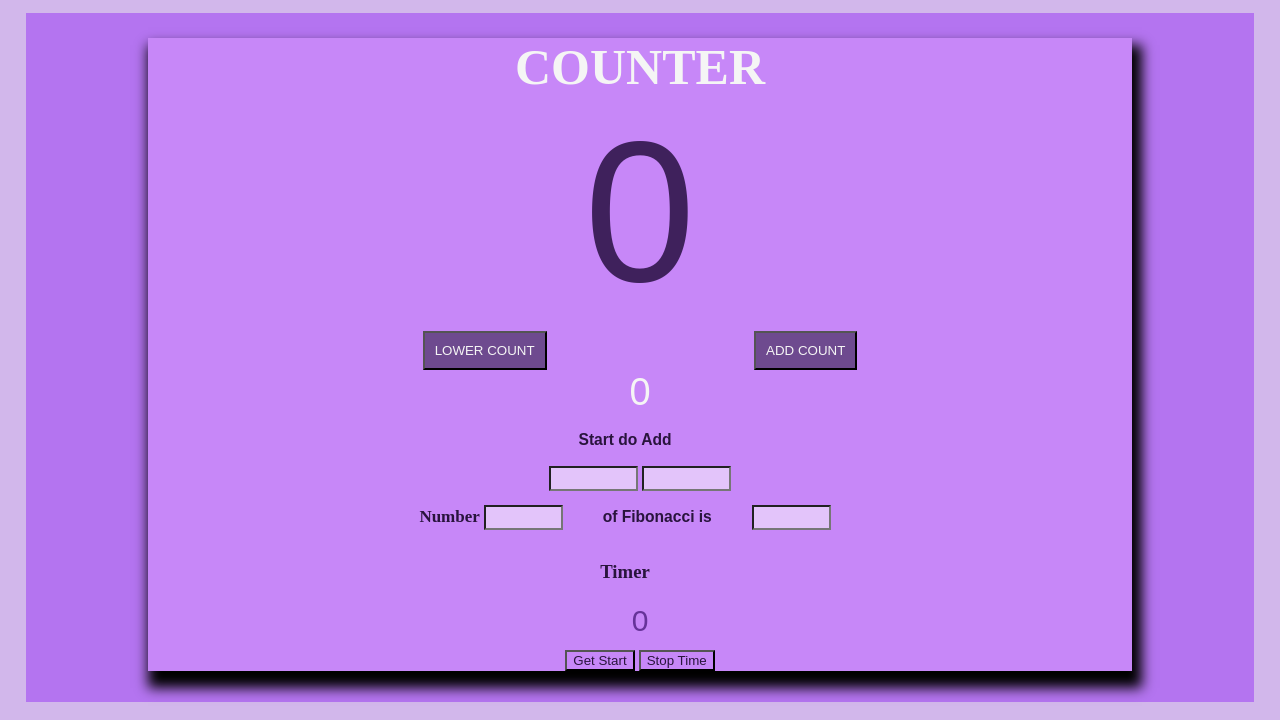
Repository: AnahitKhechumyan/Counter
Page: index.html
An editor plug-in stored every save of this project. The page is shown before and after the next save, followed by the edit.
The browser window is 1280 px wide. The pictures show the whole page.

Above is the page before, as saved 2022-02-19 02:51:04.

### index.html
<!DOCTYPE html>
<html lang="en">
<head>
    <meta charset="UTF-8">
    <meta http-equiv="X-UA-Compatible" content="IE=edge">
    <meta name="viewport" content="width=device-width, initial-scale=1.0">
    <link rel="stylesheet" href="style.css">
    <title>Counter</title>
</head>
<body>
    <div class="container">
       <div class="main">
            <div class="header">COUNTER</div>
            <button class= "counter">0</button>
            <div class = "change">
                 <button class ="decrement" type="button">LOWER COUNT</button>
                 <button class ="increment" type="button">ADD COUNT</button>
            </div>
            <button class= "sum">0</button> <br>
            <button class= "add" type="button"><h3>Start do Add</h3></button>
            <div >
                <input class ="firstInput" type="text" />
                <input class ="secondInput" type = "text"/>
           </div>
           <span>Number</span>
           <input class= "inputNumber" type="text" />
           <button class= "fibonacci" type="button"><h3>of Fibonacci is</h3></button>
           <input class= "inputFibonacci" type="text"/>

           <h3>Timer</h3>
           <button class= "timer">0</button>
            <div>
                <button class ="getTime">Get Start</button>
                <button class ="stopTime">Stop Time</button>
           </div>
        </div>
    </div>
    <script src= "script.js"></script>
</body>
</html>

### style.css
body{
    margin: 0;
    background-color: rgb(210, 183, 235);
}
.container{
    background-color: rgb(180, 116, 240);
    width: 96%;
    height: 94vh;
    margin-right:2%;
    margin-left:2%;
    margin-top:1%;
    padding-top: 1%;

}
.main{
    background-color: rgb(199, 135, 248);
    width: 80%;
    height: 88vh;
    margin: 1% 10%;
    box-shadow: 5px 12px 12px 5px;
    text-align: center;
}
.header{
    text-align: center;
    color:whitesmoke;
    font-size: 50px;
    font-weight: 700;
}

.counter{
    border:none;
    font-size:200px;
    color:rgb(63, 33, 92);
    background-color:rgb(199, 135, 248) ;

}
 .change{
     background-color:  rgb(199, 135, 248);
     font-size: 30px;
 }
.decrement{
    padding:10px;
    margin-right: 100px;
   background-color: rgb(110, 74, 143);
   color:whitesmoke;
}
.decrement:hover{
    background-color:whitesmoke;
    color:rgb(110, 74, 143);
    cursor:pointer;
}
.increment{
    padding:10px;
    margin-left: 100px;
    background-color: rgb(110, 74, 143);
    color:whitesmoke;
}
.increment:hover{
    background-color:whitesmoke;
    color:rgb(110, 74, 143);
    cursor:pointer;
}
.sum{
    border:none;
    background-color: rgb(199, 135, 248);
    color:whitesmoke;
    font-size: 38px;
}
.firstInput, .secondInput{
    width: 8%;
    padding:3px;
}
.fibonacci{
    background-color: rgb(199, 135, 248);
    border:none;
}
.inputNumber, .inputFibonacci{
    width: 7%;
    padding:3px;
    margin-right: 30px;
}
.inputNumber{
    margin-right: 30px;
}
input{
    background-color: rgb(227, 196, 250);
}

.main >span{
    font-size: 17px;
    font-weight: 700;
    color:rgb(41, 20, 61);
   }

.timer{
    padding:2px 3px;
    font-size: 30px;
   width: 5%;
   border:none;
   color:rebeccapurple;
   background-color:rgb(199, 135, 248);;
}

.getTime, .stopTime{
    margin-top:1%;
    background-color:rgb(199, 135, 248);
    color:rgb(41, 20, 61);
    cursor:pointer;
}
.getTime:hover, .stopTime:hover{
    background-color: whitesmoke;
    font-weight: 200;
}
h3{
    cursor:pointer;
    color:rgb(41, 20, 61);
    margin-right: 30px;
}
.add{
    border:none;
    background-color: rgb(199, 135, 248);
}

### script.js
let counterElem = document.querySelector(".counter");
let addCount = document.querySelector(".increment");
let lowerCount = document.querySelector(".decrement");
let getTimer = document.querySelector(".getTime");
let stopTimer = document.querySelector(".stopTime");
let goTimer = document.querySelector(".timer");
let startAdd = document.querySelector(".add");
let addSum = document.querySelector(".sum");
let firstNum = document.querySelector(".firstInput");
let secondNum = document.querySelector(".secondInput");
let getFibonacci = document.querySelector(".fibonacci");
let inputNum = document.querySelector(".inputNumber");
let  addFibonacci = document.querySelector(".inputFibonacci");



let count = 0;
//updateDisplay();
 let counter = function(){
   function changeBy(val){
     count += val;
   }
   return {
     increment: function(){
       changeBy(1);
     },
     decrement: function(){
      changeBy(-1);
    },
    value: function(){
      return count;
    }


   }
 };

 let counter1 = counter();

 //counter1.increment();
  // counterElem.innerHTML = counterElem.value;
 addCount.addEventListener("click", () => {
   counter1.increment();
   counterElem.innerHTML = counterElem.value;
});

lowerCount.addEventListener("click", () => {
   counter1.decrement();
  counterElem.innerHTML = counterElem.value;
});


/*let count = 0;
updateDisplay();

addCount.addEventListener("click", () => {
  count++;
  updateDisplay();
});
lowerCount.addEventListener("click", () => {
  count--;
  updateDisplay();
});*/

//function updateDisplay() {
 // counterElem.innerHTML = count;
//}

startAdd.addEventListener("click", () => {
  let x = firstNum.value;
  let y = secondNum.value;
  addSum.innerHTML = add(x)(y);
  firstNum.value = " ";
  secondNum.value = " ";
});

let sum = 0;
function add(x) {
  return function (y) {
    return Number(x) + Number(y);
  };
}

getFibonacci.addEventListener("click", () => {
    let f = inputNum.value;
    addFibonacci.value = findFibonacci(f);
    inputNum.value = " ";
  });

  let findFibonacci = function(f){
              if(f<=0){
                   return 0;
                 }
              if(f===1){
                   return 1;
                 }
              if(f===2){
                   return 2;
                }
    return findFibonacci(f-2) + findFibonacci(f-1);
};

countTime = 0;
function getTime() {
  countTime++;
  goTimer.innerHTML = countTime;
}
let timer = 0;
getTimer.addEventListener("click", () => {
  timer = setInterval(getTime, 1000);
});

stopTimer.addEventListener("click", () => {
  clearInterval(timer);
  countTime = 0;
  goTimer.innerHTML = 0;
});

After the next save:
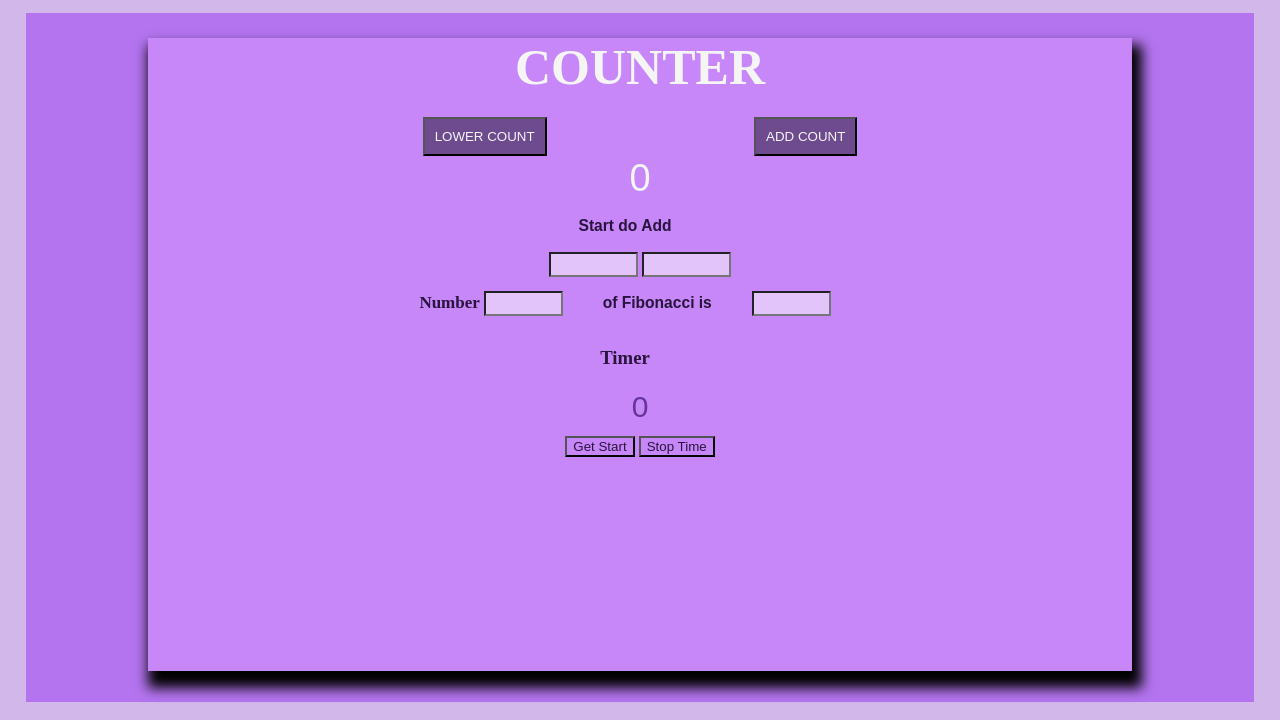
Saved 25 s later.
--- a/script.js
+++ b/script.js
@@ -37,8 +37,8 @@
 
  let counter1 = counter();
 
- //counter1.increment();
-  // counterElem.innerHTML = counterElem.value;
+   counter1.increment();
+   counterElem.innerHTML = counterElem.value;
  addCount.addEventListener("click", () => {
    counter1.increment();
    counterElem.innerHTML = counterElem.value;

After the 2 saves that followed:
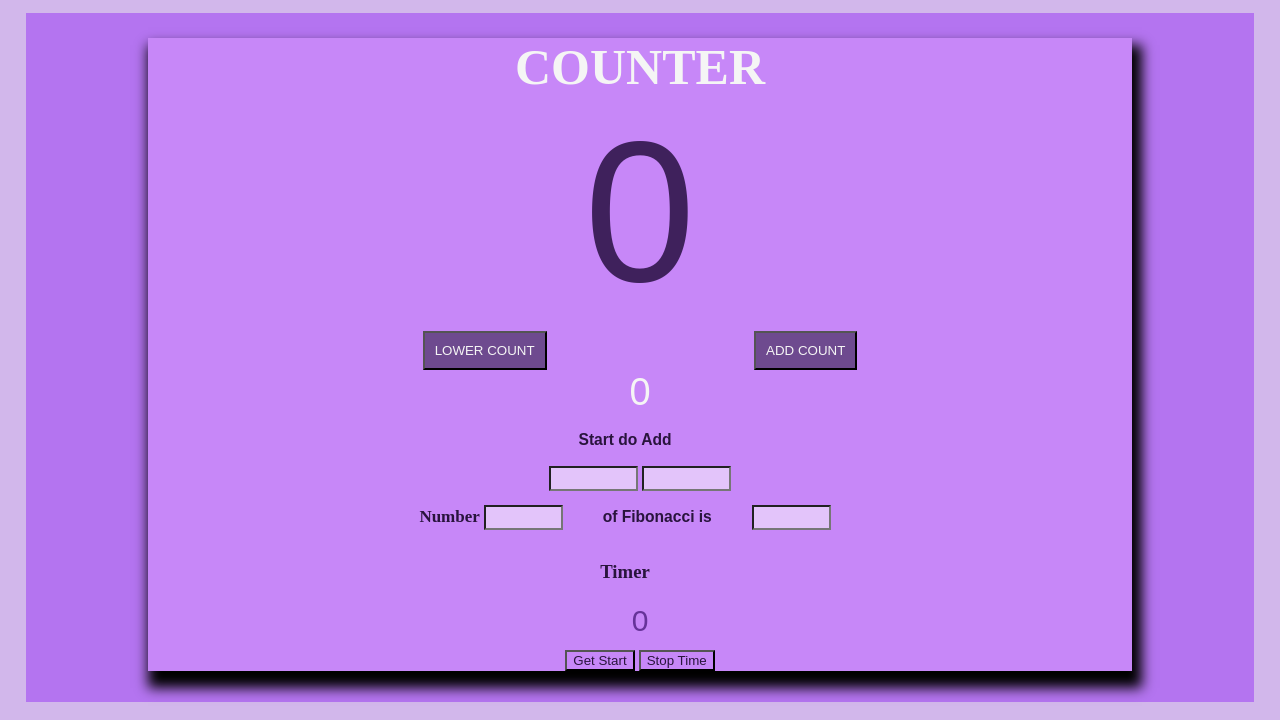
Console error: SyntaxError: Unexpected end of input
The 2 saves are shown as one change because 1 left the picture as it was.
The last was saved 4 min 33 s later.
--- a/script.js
+++ b/script.js
@@ -35,19 +35,17 @@
    }
  };
 
- let counter1 = counter();
+ let counter1 =new counter();
 
+   addCount.addEventListener("click", () => {
    counter1.increment();
-   counterElem.innerHTML = counterElem.value;
- addCount.addEventListener("click", () => {
-   counter1.increment();
-   counterElem.innerHTML = counterElem.value;
+     counterElem.value;
 });
 
 lowerCount.addEventListener("click", () => {
-   counter1.decrement();
-  counterElem.innerHTML = counterElem.value;
-});
+ counter1.decrement();
+  counterElem.value;
+//});
 
 
 /*let count = 0;
